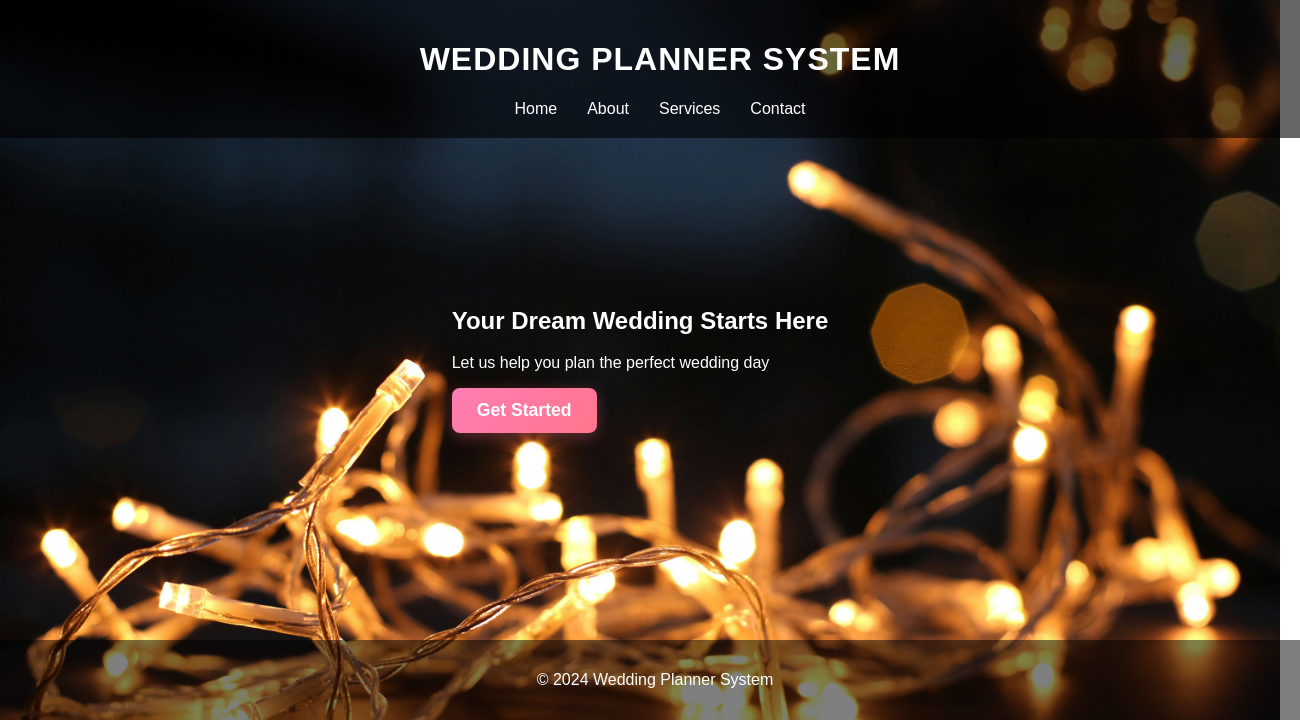
Repository: Sasmita-28/weeding_planner
Page: wedding_system_planner_update/src/main/webapp/index.html
An editor plug-in stored every save of this project. The page is shown before and after the next save, followed by the edit.
The browser window is 1280 px wide. The page is 1280 px wide, then 1300 px, so the pictures cover 1300 px, including what lies to the right of the window. The pictures show the whole page.

Above is the page before, as saved 2025-03-13 10:07:56.

### wedding_system_planner_update/src/main/webapp/index.html
<!DOCTYPE html>
<html lang="en">
<head>
  <meta charset="UTF-8">
  <meta name="viewport" content="width=device-width, initial-scale=1.0">
  <title>Wedding Planner System</title>
  <link rel="stylesheet" href="style2.css">
</head>
<body>
  <header>
    <h1 class="main-heading">Wedding Planner System</h1>
    <nav>
      <ul>
        <li><a href="#">Home</a></li>
        <li><a href="#">About</a></li>
        <li><a href="#">Services</a></li>
        <li><a href="#">Contact</a></li>
      </ul>
    </nav>
  </header>

  <section class="hero">
    <div class="hero-content">
      <h2>Your Dream Wedding Starts Here</h2>
      <p>Let us help you plan the perfect wedding day</p>
      <a href="options.html" class="btn">Get Started</a>
    </div>
  </section>

  <footer>
    <p>&copy; 2024 Wedding Planner System</p>
  </footer>
</body>
</html>

### wedding_system_planner_update/src/main/webapp/style2.css
/* General Styling */
body {
    font-family: 'Poppins', sans-serif;
    margin: 0;
    padding: 0;
    background: url('pexels-dzeninalukac-754262.jpg') center/cover no-repeat;
    display: flex;
    flex-direction: column;
    align-items: center;
    justify-content: center;
    min-height: 100vh;
    color: white;
}

/* Header */
header {
    background: rgba(0, 0, 0, 0.6);
    padding: 20px;
    width: 100%;
    text-align: center;
    position: fixed;
    top: 0;
    left: 0;
}

.main-heading {
    font-size: 2rem;
    font-weight: bold;
    letter-spacing: 1px;
    text-transform: uppercase;
}

/* Navigation */
nav ul {
    list-style: none;
    padding: 0;
    margin: 10px 0 0;
    display: flex;
    justify-content: center;
}

nav ul li {
    margin: 0 15px;
}

nav ul li a {
    color: white;
    text-decoration: none;
    font-weight: 500;
    transition: 0.3s;
}

nav ul li a:hover {
    color: #ffcc00;
}

/* Options Section */
.options {
    display: flex;
    justify-content: center;
    align-items: center;
    height: 100vh;
    width: 100%;
}

/* Glassmorphism Effect for Option Box */
.option-box {
    background: rgba(255, 255, 255, 0.2);
    backdrop-filter: blur(10px);
    padding: 40px;
    border-radius: 12px;
    box-shadow: 0 10px 30px rgba(0, 0, 0, 0.2);
    text-align: center;
    border: 1px solid rgba(255, 255, 255, 0.3);
}

/* Option Title */
.option-title {
    font-size: 1.8rem;
    margin-bottom: 20px;
    font-weight: bold;
}

/* Button Container */
.btn-container {
    display: flex;
    justify-content: center;
    gap: 20px;
}

/* Buttons */
.btn {
    display: inline-block;
    padding: 12px 25px;
    font-size: 1.1rem;
    color: white;
    background: linear-gradient(135deg, #ff7eb3, #ff758c);
    border-radius: 8px;
    text-decoration: none;
    font-weight: bold;
    transition: 0.3s;
    box-shadow: 0 4px 15px rgba(255, 118, 136, 0.3);
}

.btn:hover {
    background: linear-gradient(135deg, #ff758c, #ff7eb3);
    transform: translateY(-3px);
    box-shadow: 0 6px 20px rgba(255, 118, 136, 0.5);
}

/* Footer */
footer {
    text-align: center;
    padding: 15px;
    background: rgba(0, 0, 0, 0.5);
    width: 100%;
    position: fixed;
    bottom: 0;
    left: 0;
}

### wedding_system_planner_update/src/main/webapp/style3.css
/* General Styling */
body {
    font-family: 'Poppins', sans-serif;
    margin: 0;
    padding: 0;
    background: url('pexels-dzeninalukac-754262.jpg') center/cover no-repeat;
    display: flex;
    flex-direction: column;
    align-items: center;
    justify-content: center;
    min-height: 100vh;
    color: white;
    text-align: center;
}

/* Header */
header {
    background: rgba(0, 0, 0, 0.6);
    padding: 20px;
    width: 100%;
    text-align: center;
    position: fixed;
    top: 0;
    left: 0;
}

.main-heading {
    font-size: 2rem;
    font-weight: bold;
    letter-spacing: 1px;
    text-transform: uppercase;
}

/* Navigation */
nav ul {
    list-style: none;
    padding: 0;
    margin: 10px 0 0;
    display: flex;
    justify-content: center;
}

nav ul li {
    margin: 0 15px;
}

nav ul li a {
    color: white;
    text-decoration: none;
    font-weight: 500;
    transition: 0.3s;
}

nav ul li a:hover {
    color: #ffcc00;
}

/* Hero Section */
.hero {
    display: flex;
    flex-direction: column;
    align-items: center;
    justify-content: center;
    height: 100vh;
    width: 100%;
    padding: 20px;
}

.hero-content {
    max-width: 700px;
}

.hero h2 {
    font-size: 3rem;
    font-weight: bold;
    margin-bottom: 20px;
    text-shadow: 2px 2px 4px rgba(0, 0, 0, 0.3);
}

.hero p {
    font-size: 1.3rem;
    margin-bottom: 30px;
    opacity: 0.9;
}

/* Glassmorphism Effect for Option Box */
.option-box {
    background: rgba(255, 255, 255, 0.2);
    backdrop-filter: blur(12px);
    padding: 50px;
    border-radius: 12px;
    box-shadow: 0 10px 30px rgba(0, 0, 0, 0.3);
    text-align: center;
    border: 1px solid rgba(255, 255, 255, 0.3);
    max-width: 600px;
    margin: auto;
}

/* Option Title */
.option-title {
    font-size: 2rem;
    margin-bottom: 20px;
    font-weight: bold;
}

/* Button Container */
.btn-container {
    display: flex;
    flex-direction: column;
    align-items: center;
    gap: 15px;
}

/* Buttons */
.btn {
    display: inline-block;
    padding: 14px 30px;
    font-size: 1.2rem;
    color: white;
    background: linear-gradient(135deg, #ff7eb3, #ff758c);
    border-radius: 8px;
    text-decoration: none;
    font-weight: bold;
    transition: 0.3s;
    box-shadow: 0 4px 15px rgba(255, 118, 136, 0.3);
}

.btn:hover {
    background: linear-gradient(135deg, #ff758c, #ff7eb3);
    transform: translateY(-3px);
    box-shadow: 0 6px 20px rgba(255, 118, 136, 0.5);
}

/* Footer */
footer {
    text-align: center;
    padding: 20px;
    background: rgba(0, 0, 0, 0.5);
    width: 100%;
    position: fixed;
    bottom: 0;
    left: 0;
    font-size: 1.1rem;
}

After the next save:
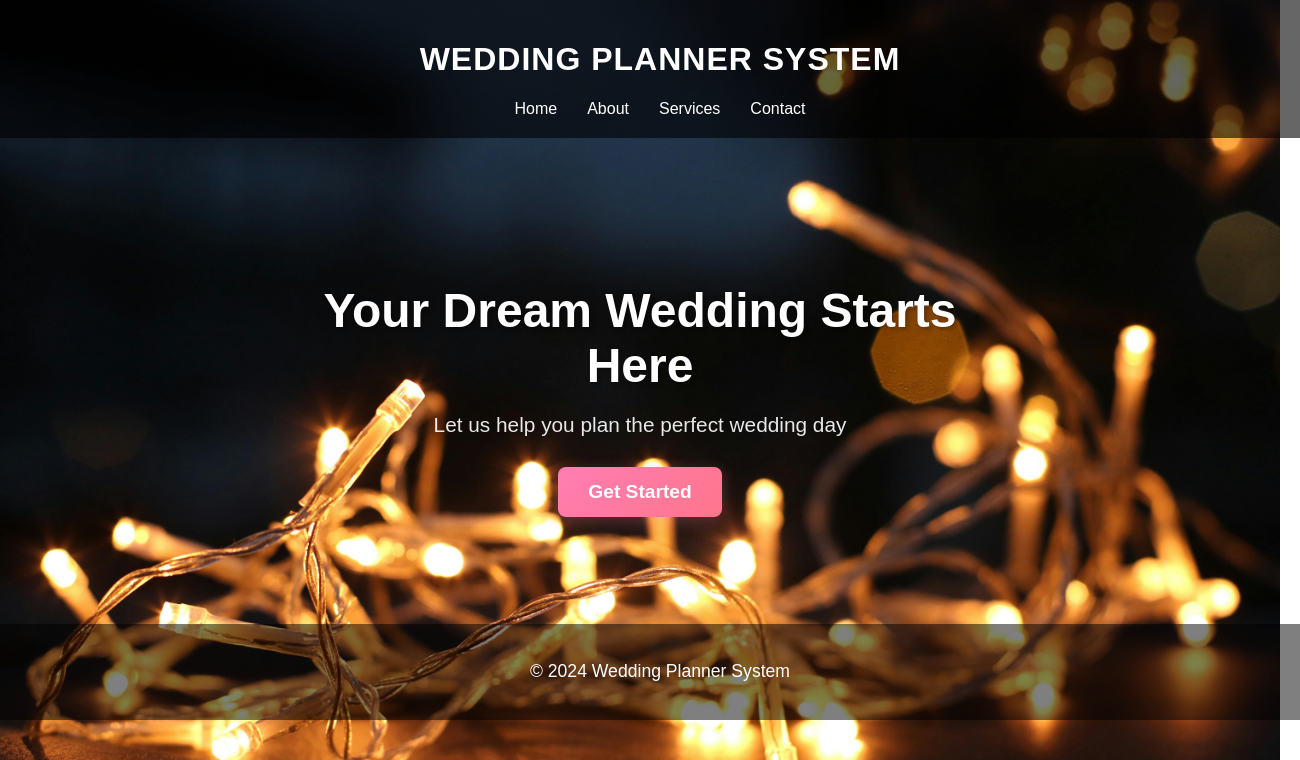
Saved 2 min 45 s later.
--- a/wedding_system_planner_update/src/main/webapp/index.html
+++ b/wedding_system_planner_update/src/main/webapp/index.html
@@ -4,7 +4,7 @@
   <meta charset="UTF-8">
   <meta name="viewport" content="width=device-width, initial-scale=1.0">
   <title>Wedding Planner System</title>
-  <link rel="stylesheet" href="style2.css">
+  <link rel="stylesheet" href="style3.css">
 </head>
 <body>
   <header>
